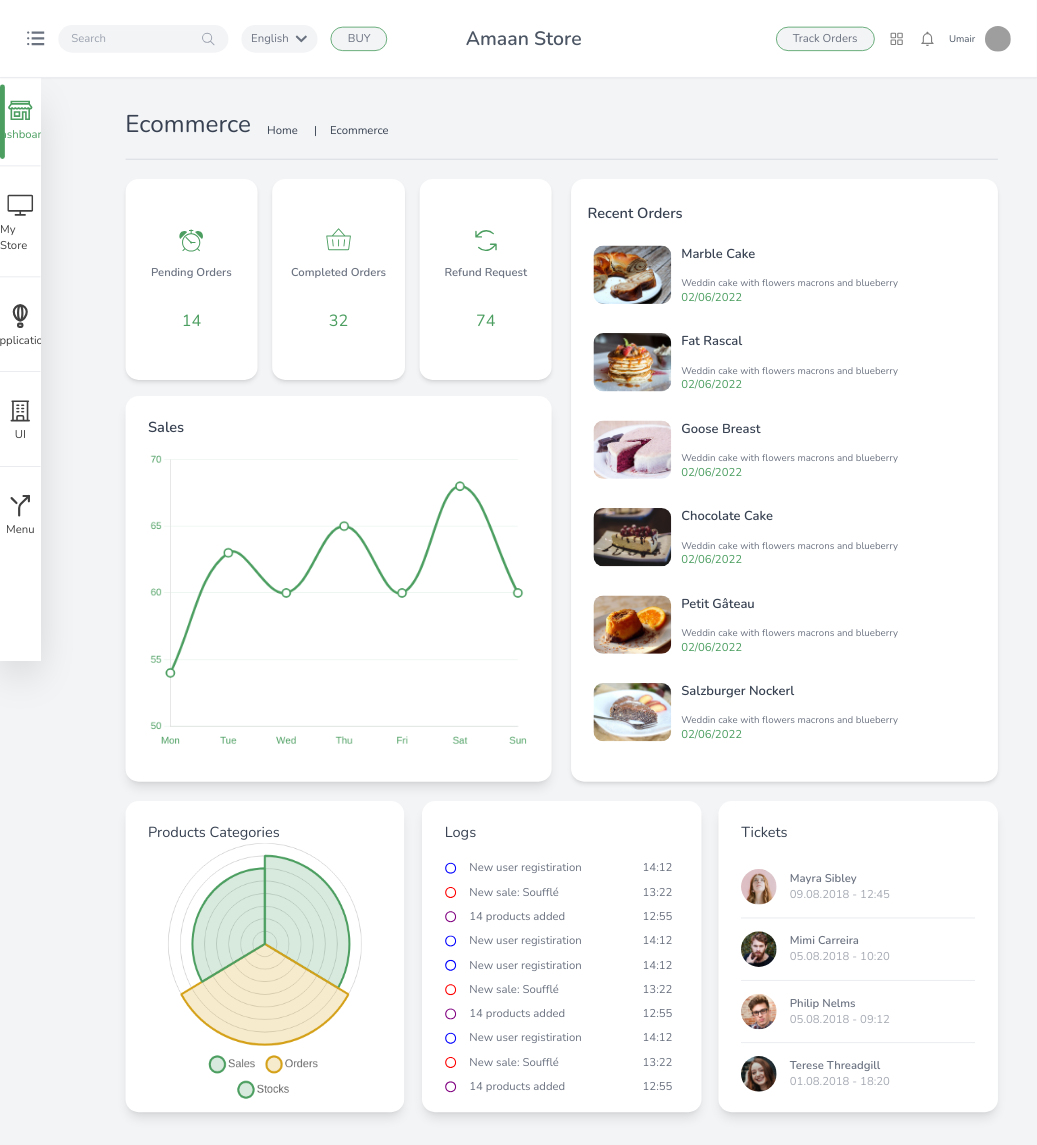
Repository: Ahsans-code/amaanstore
Page: / (app in client/)
An editor plug-in stored every save of this project. The page is shown before and after the next save, followed by the edit.
The browser window is 1280 px wide. The pictures show the whole page, at 81% of full size.
Pictures or frames that could not be fetched are drawn as grey boxes. An inner scrolling area shows only its first screen. The project was rebuilt for these pictures with package versions that can differ from the ones it lists, and the page was loaded fresh each time. Also part of the build but not shown: client/vite.config.js, client/src/pages/Mystore.jsx, client/src/pages/Application.jsx, client/src/pages/UI.jsx, client/src/pages/Menu.jsx.

Above is the page before, as saved 2024-11-05 23:38:17.

After the next save:
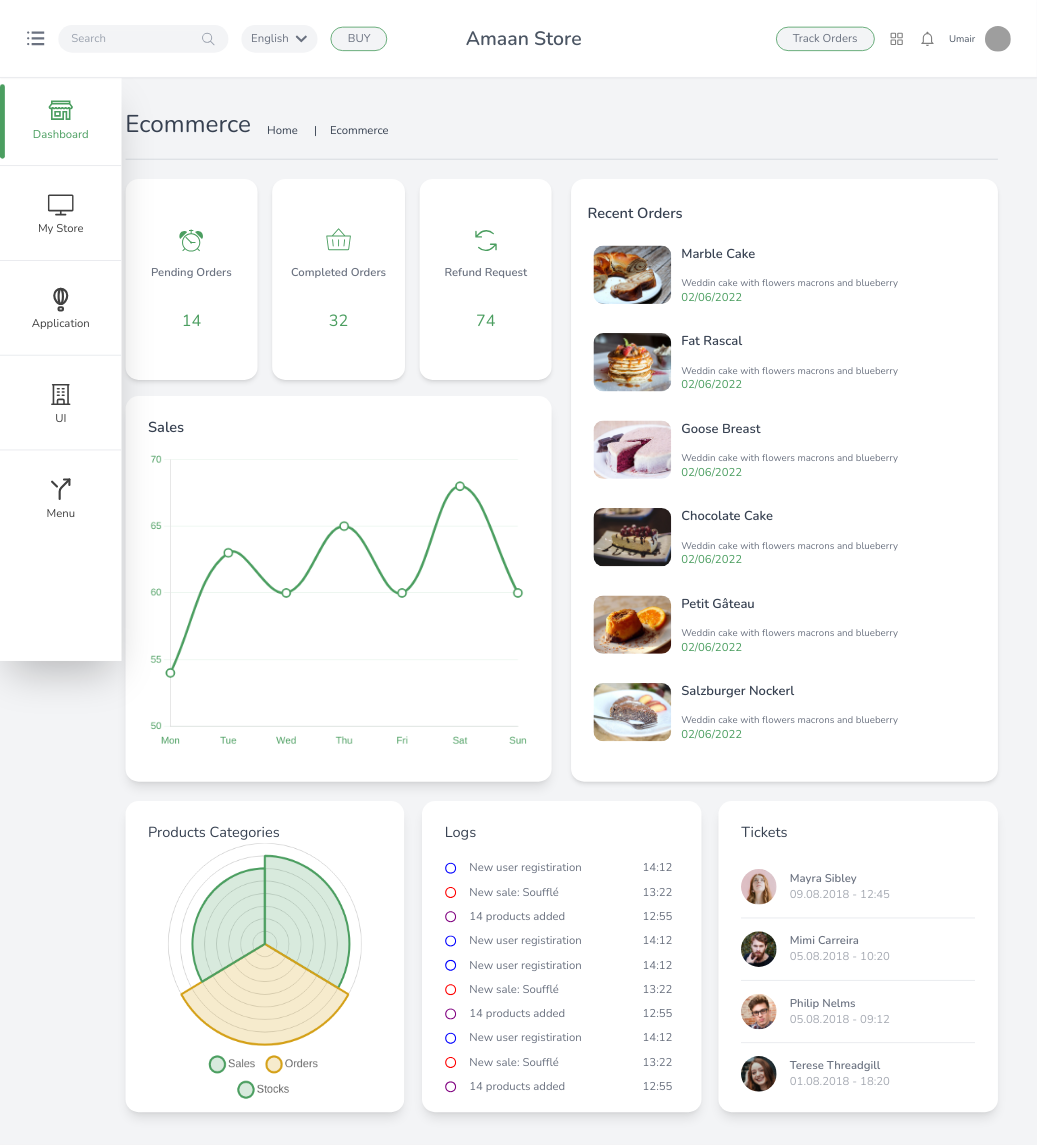
Saved 7 s later.
--- a/client/src/components/Sidebar.jsx
+++ b/client/src/components/Sidebar.jsx
@@ -27,7 +27,7 @@ const Sidebar = ({ sidebarOpen }) => {
     <div
       className={`fixed top-24 pb-24 left-0 h-screen bg-white text-sm transition-transform duration-300 ease-in-out shadow-2xl custom-scrollbar
         ${sidebarOpen ? "translate-x-0" : "-translate-x-full"}
-        md:w-[50px]`}
+        md:w-[150px]`}
       style={{ fontFamily: "'Roboto', sans-serif" }}
     >
       <div>
